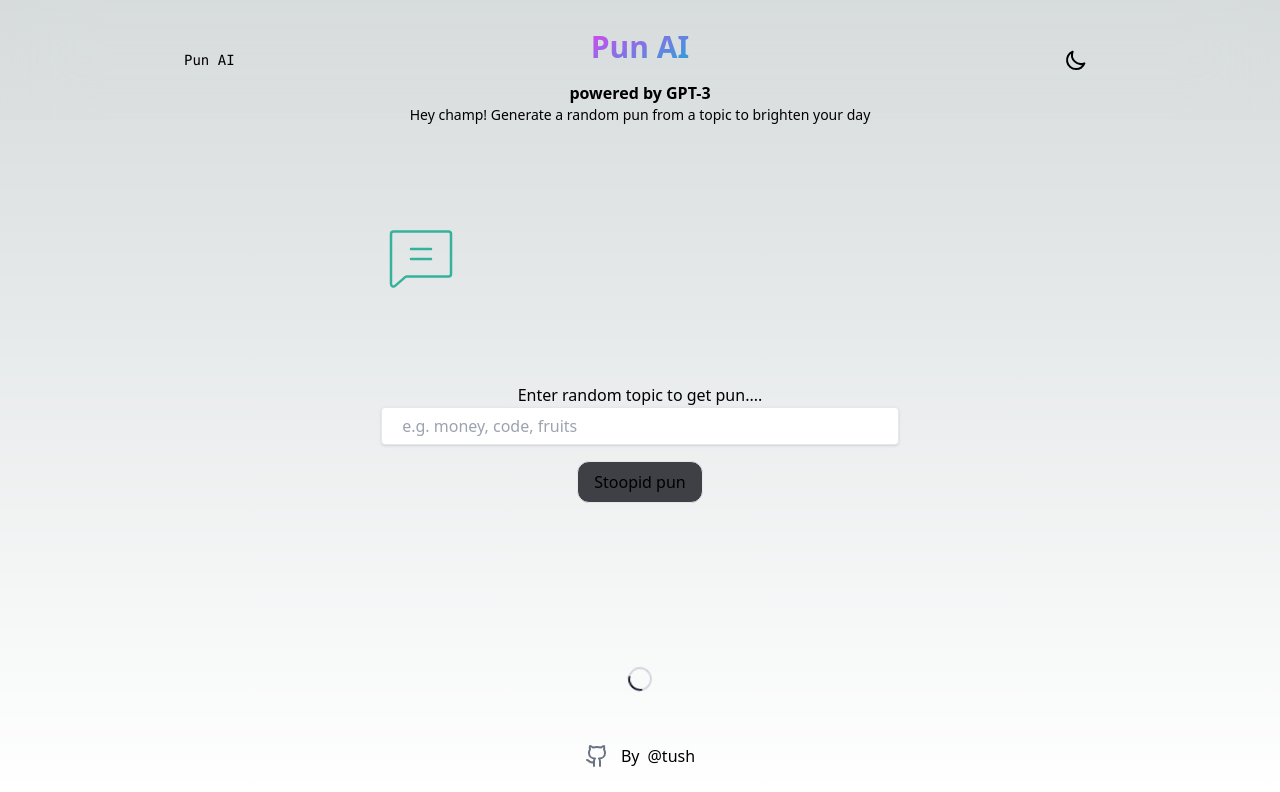
Repository: tushcmd/next-puns-ai
Page: /
These files come from the project's save history. The page is drawn as it stood at one moment and after the next save; the edit follows.
The browser window is 1280 px wide. The pictures show the whole page.
The project was rebuilt for these pictures with package versions that can differ from the ones it lists, and the page was loaded fresh each time. The framework's server and built-in components were replaced by stand-ins that run in the browser. Also part of the build but not shown: next.config.mjs.

Above is the page before, as saved 2024-03-10 03:30:00.

After the next save:
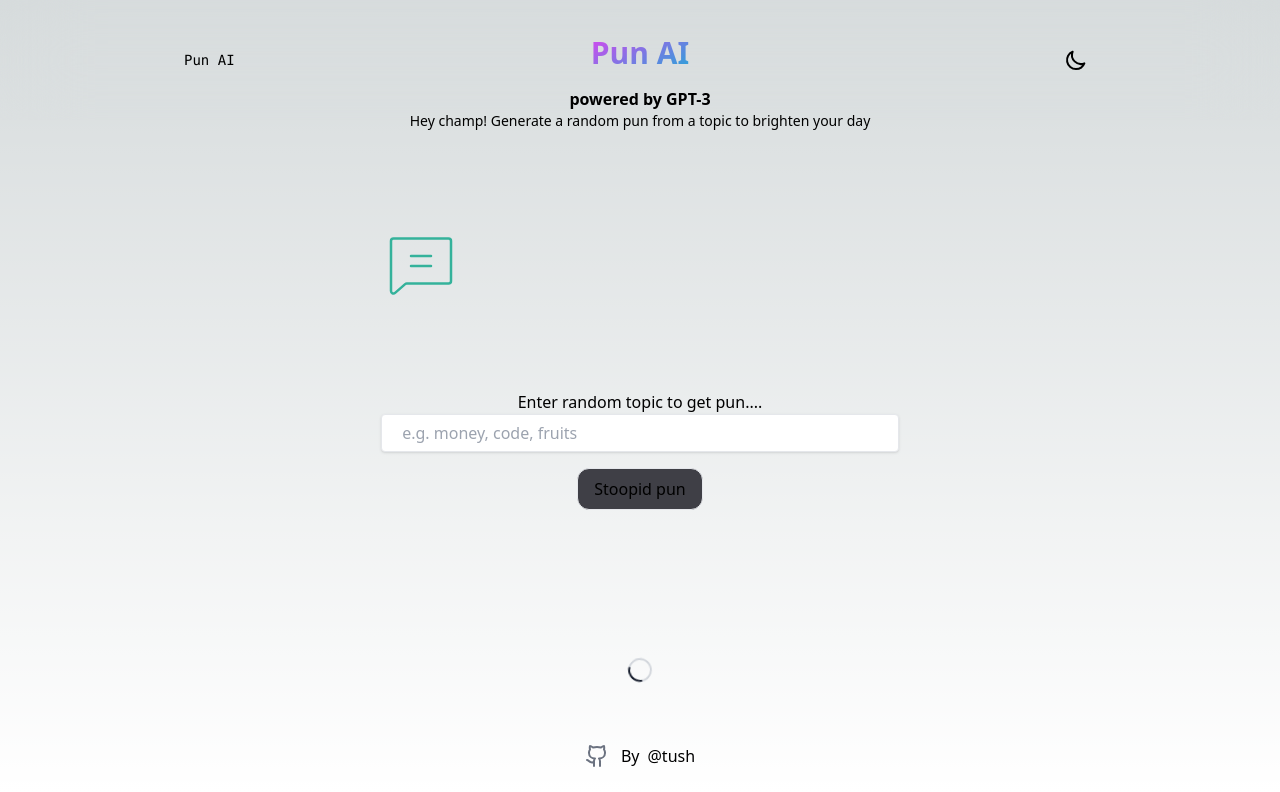
Saved 1 s later.
--- a/app/components/Spinner.tsx
+++ b/app/components/Spinner.tsx
@@ -1,6 +1,6 @@
 export default function Spinner() {
     return (
-        <div className="grid min-h-[35px] w-full place-items-center overflow-x-scroll rounded-lg p-6 lg:overflow-visible">
+        <div className="grid min-h-[35px] w-full place-items-center overflow-x-scroll rounded-lg p-2 lg:overflow-visible">
             <svg className="text-gray-300 animate-spin" viewBox="0 0 64 64" fill="none" xmlns="http://www.w3.org/2000/svg"
                 width="24" height="24">
                 <path
